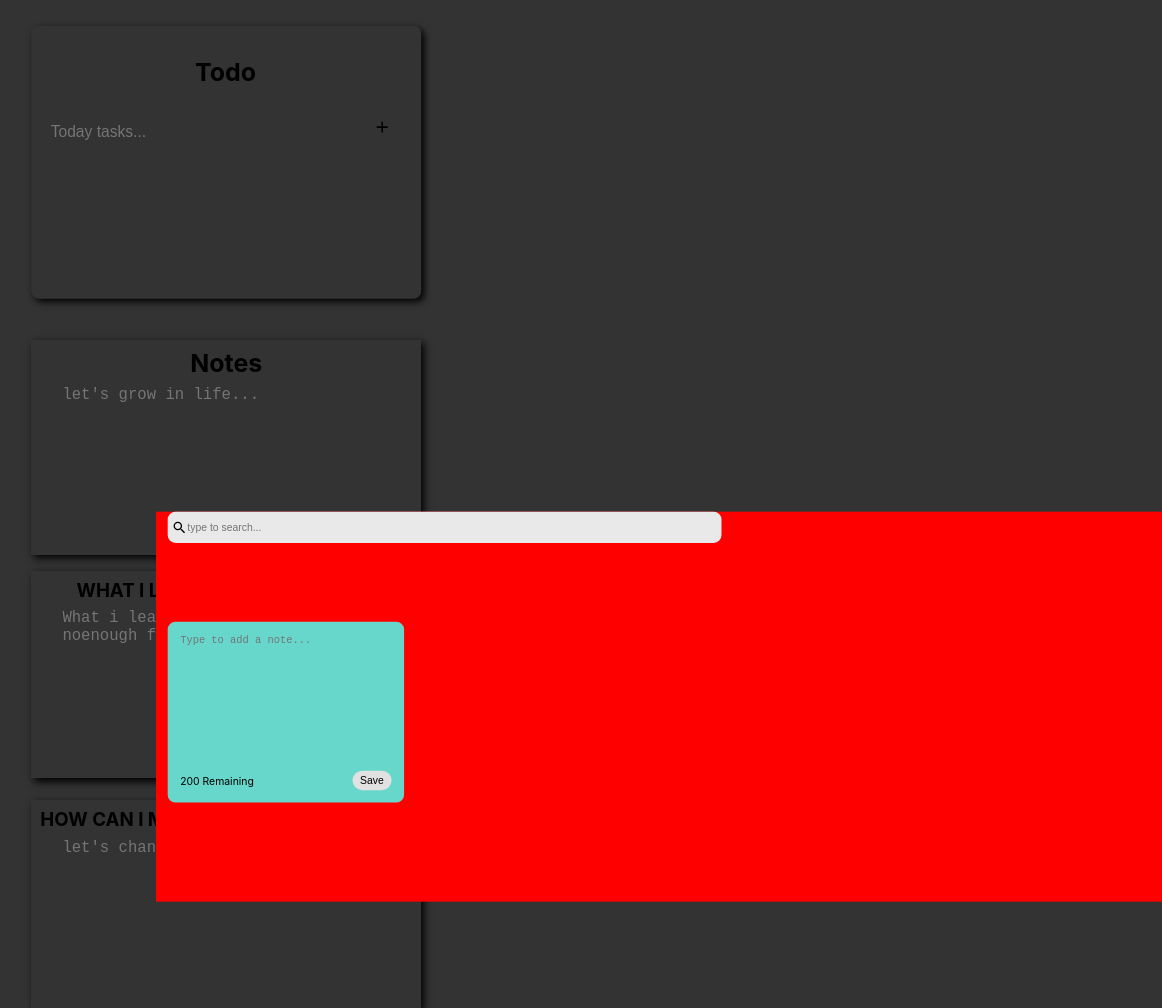
Repository: subhamRsahoo/note
Page: /
An editor plug-in stored every save of this project. The page is shown before and after the next save, followed by the edit.
The browser window is 1280 px wide. The page is 1490 px wide, so the pictures cover 1490 px, including what lies to the right of the window. The pictures show the whole page, at 78% of full size.
The project was rebuilt for these pictures with package versions that can differ from the ones it lists, and the page was loaded fresh each time. Also part of the build but not shown: src/components/New folder/components/Note.js.

Above is the page before, as saved 2021-07-15 18:00:01.

### public/index.html
<!DOCTYPE html>
<html lang="en">
  <head>
    <meta charset="utf-8" />
    <link rel="icon" href="%PUBLIC_URL%/favicon.ico" />
    <meta name="viewport" content="width=device-width, initial-scale=1" />
    <meta name="theme-color" content="#000000" />
    <meta
      name="description"
      content="Web site created using create-react-app"
    />
    <link rel="apple-touch-icon" href="%PUBLIC_URL%/logo192.png" />
    <link rel="manifest" href="%PUBLIC_URL%/manifest.json" />


    <!-- <link rel="stylesheet" href="https://cdnjs.cloudflare.com/ajax/libs/font-awesome/5.15.3/css/font-awesome.min.css"/> -->

    <!-- <link rel="stylesheet" href="https://bootswatch.com/4/materia/bootstrap.com"/> -->

    <title>React App</title>
  </head>
  <body>
    <noscript>You need to enable JavaScript to run this app.</noscript>
    <div id="root"></div>
  </body>
</html>

### src/App.js
import React from 'react'
import Hub from './components/Hub';
import Hub1 from './components/aaaa/Hub1';
import A from './components/New folder/A';

function App() {
    return (
        <div>
            <Hub/>
            <Hub1/>
            <A/>
        </div>
    )
}

export default App

### src/components/Hub.js
import React , {useState , useEffect}from "react";
import Header from "./Header";
import Form from "./Form";
import TodoList from "./TodoList";
import './App.css';


const Hub = () => {
  const initalState = JSON.parse(localStorage.getItem("todos")) || [];
  const [input ,setInput] = useState("");
  const [todos ,setTodos] = useState(initalState);
  const [editTodo , setEditTodo] = useState(null);

  useEffect(() => {
    localStorage.setItem("todos" , JSON.stringify(todos))
  }, [todos]);
  return (
    <div className="container">
      <div className="app-wrapper">
        <div>
          <Header/>
        </div>
        <div>
          <Form
          input={input}
          setInput={setInput}
          todos={todos}
          setTodos={setTodos}
          editTodo={editTodo}
          setEditTodo={setEditTodo}
          />
        </div>
        <div>
          <TodoList todos={todos} setTodos={setTodos} setEditTodo={setEditTodo}/>
        </div>
      </div>
    </div>

  );
}

export default Hub;

### src/components/aaaa/Hub1.js
import React, { Component } from 'react';
import FormDataComponent from './components/form-data.component';
class  Hub1 extends Component {
  render() {
    return (
      <div >
        <FormDataComponent />
      </div>
    );
  }
}

export default Hub1;

### src/components/New folder/A.js
import React from 'react';
import './index.css';
import App from './App';


function A() {
    return (
        <div>
            <App />
        </div>
    )
}

export default A

### src/components/Header.js
import React from 'react'

function Header() {
    return (
        <div className="header">
            <h1>Todo</h1>
        </div>
    )
}

export default Header

### src/components/Form.js
import React , {useEffect} from 'react'
import {v4 as uuidv4} from "uuid";
import AddIcon from '@material-ui/icons/Add';

 const Form =({input , setInput , todos , setTodos , editTodo , setEditTodo }) => {
     const updateTodo = (title , id, completed) =>
     {
         const newTodo = todos.map((todo)=>

             todo.id === id ? {title,id, completed} : todo
         )
         setTodos(newTodo);
         setEditTodo("");
     }
     useEffect(() =>
     {
         if(editTodo)
         {
             setInput(editTodo.title);
         }else{
             setInput("")
         }
     }, [setInput , editTodo]);

     const onInputChange= (event) =>
     {
       setInput(event.target.value);
     };

     const onFormSubmit = (event) =>
     {
        event.preventDefault();
        if(!editTodo){
            setTodos([...todos , {id:uuidv4(), title: input , completed: false}]);
            setInput("");
        }else{
            updateTodo(input , editTodo.id , editTodo.completed)
        }
     }
    return (
       <form onSubmit={onFormSubmit}>
           <input type="text" placeholder="Today tasks... " className="task-input"
           value={input} required onChange={onInputChange} limit={3}/>
           <button type="submit" className="Add">
            <AddIcon/>
           </button>
       </form>
    )
}

export default Form

### src/components/TodoList.js
import React from 'react'
import DoneIcon from '@material-ui/icons/Done';
import EditIcon from '@material-ui/icons/Edit';
import DeleteIcon from '@material-ui/icons/Delete';

const TodoList = ({todos , setTodos , setEditTodo}) => {

    const handleDelete = ({id}) =>
    {
        setTodos(todos.filter((todo) => todo.id !== id));
    }

    const handleComplete = (todo) =>
    {
        setTodos(
            todos.map((item) => {
                if(item.id === todo.id){
                    return {...item , completed: !item.completed};
                }
                return item
            })
        )
    }

    const handleEdit =({id}) =>{
        const findTodo = todos.find((todo) => todo.id === id);
        setEditTodo(findTodo);
    };
    return (
        <div>
           {todos.map((todo) => (
               <li className="list-item"  key={todo.id}>
                   <input type="text"
                     value={todo.title}
                     className={`list ${todo.completed ? "complete" : "" }`}
                     onChange={(event)=> event.preventDefault()}
                   />
                   <div>
                       <button className="button-complete task-button" onClick={() => handleComplete(todo)}>
                          <i><DoneIcon/></i>
                       </button>
                       <button className="button-edit task-button" onClick={()=> handleEdit(todo)}>
                          <i><EditIcon/></i>
                       </button>
                       <button className="button-delete task-button"  onClick={()=> handleDelete(todo)}>
                          <i><DeleteIcon/></i>
                       </button>
                   </div>
               </li>
           ))}
        </div>
    );
}

export default TodoList;

### src/components/App.css
::-webkit-scrollbar {
  width: 9px;
}
::-webkit-scrollbar-thumb {
  background-color: #a8a8a8;
}
::-webkit-scrollbar-thumb:hover {
  background: #828282;
}
::-webkit-scrollbar-track {
  background: #cccccc;
}

body {
  font-family: -apple-system, BlinkMacSystemFont, 'Segoe UI', 'Roboto', 'Oxygen',
    'Ubuntu', 'Cantarell', 'Fira Sans', 'Droid Sans', 'Helvetica Neue',
    sans-serif;
  -webkit-font-smoothing: antialiased;
  -moz-osx-font-smoothing: grayscale;
  background: #333;
}

code {
  font-family: source-code-pro, Menlo, Monaco, Consolas, 'Courier New',
    monospace;
}


*
{
  margin: 0;
  padding: 0;
}

.container
{
  margin-top: 10px;
  width: 100%;
  min-height: 55vh;
  display: grid;
  justify-content: left;
  /* margin-left: 40px; */
  right: 500px;
  align-items: center;
  position: relative;
  box-sizing: border-box;
  left: 40px;
}

.app-wrapper
{
  background-color: #333;
  width: 500px;
  min-height: 350px;
  padding: 10px;
  box-sizing: border-box;
  border-radius: 10px;
  box-shadow: 4px 4px 10px #000;
  /* margin-bottom: 150px; */

}

.header h1
{
  color: black;
  text-align: left;
  margin: 30px 0;
  margin-left: 200px;
}

.task-input
{
  outline: none;
  width: 350px;
  padding: 15px;
  margin-right: 25px;
  font-size: 20px;
  color: white;
  background-color: #333;
  border: none;
  border-radius: 10px;
}

.task-input:hover
{
  box-shadow: 6px 4px 10px #000;
}

.Add
{
  width: 70px;
  padding: 5px 5px;
  border: 0;
  cursor: pointer;
  border-style: transparent;
  background-color: #333;
}

.Add:hover
{
  border-radius: 10px;
  box-shadow: 6px 4px 10px #000;
}

.list-item
{
  display: flex;
  margin: 20px 0;
  border: none;
  border-radius: 10px;
  padding: 7px;
  max-height: 20px;
}

.list-item:hover
{
  box-shadow: 6px 4px 10px #000;
}

.button-complete,
.button-delete,
.button-edit
{
  border: none;
  outline: none;
  cursor: pointer;
  background-color: transparent;
  font-size: 20px;
  border-radius: 50%;
}

.button-complete
{
  color: #ff6c6c;
  margin-right: 10px;
  margin-left: 70px;
}

.button-edit
{
  color: #e2d029;
  margin-right: 10px;
}

.button-delete
{
  color: lightseagreen;
}

.complete
{
  text-decoration-style: solid;
  text-decoration-line: line-through;
  text-decoration-color: #ff6c6c;
  opacity: 0.6;
}

.list
{
  width: 250px;
  background-color: #333;
  border: none;
  color: wheat;
  font-size: 20px;
  padding-left: 10px;
  margin-right: 15px;
}

input:focus,
button:focus
{
  outline: none;
}

@media screen and (max-width:768px)
{
  .container
  {
    left : 120px;
  }
  .app-wrapper
  {

    min-width: 400px;
    min-height: 260px;
    /* margin-top: 15px; */
  }
}

@media screen and (max-width:540px)
{
  .container
  {
    left: 40px;
  }
}

@media screen and (max-width: 1020px)
{
  .app-wrapper
  {
    min-width: 200px;
    min-height: 260px;
    margin-top: 15px;
  }
}

### src/components/aaaa/components/form-data.component.js
import React, { Component } from 'react';
import './design.css';
export default class FormDataComponent extends Component {
    userData;

    constructor(props) {
        super(props);

        this.onChangeName = this.onChangeName.bind(this);
        this.onChangeName1 = this.onChangeName1.bind(this);
        this.onChangeName2 = this.onChangeName2.bind(this);
        this.onSubmit = this.onSubmit.bind(this);

        this.state = {
            name: '',
            name1: '',
            name2: ''
        }
    }

    // Form Values
    onChangeName(e) {
        this.setState({ name: e.target.value })
    }

    onChangeName1(e) {
        this.setState({ name1: e.target.value })
    }

    onChangeName2(e) {
        this.setState({ name2: e.target.value })
    }


    // React Life Cycle
    componentDidMount() {
        this.userData = JSON.parse(localStorage.getItem('user'));

        if (localStorage.getItem('user')) {
            this.setState({
                name: this.userData.name,
                name1: this.userData.name1,
                name2: this.userData.name2
            })
        } else {
            this.setState({
                name: '',
                name1: '',
                name2: ''
            })
        }
    }

    componentWillUpdate(nextProps, nextState) {
        localStorage.setItem('user', JSON.stringify(nextState));
    }

    onSubmit(e) {
        e.preventDefault()
        console.log(this.state.props)
    }


    render() {
        return (

                <form className="form" onSubmit={this.onSubmit}>
                    <div className="contain">
                        <h1>Notes</h1>
                        <textarea type="text" placeholder="let's grow in life..." className="text1" value={this.state.name} onChange={this.onChangeName} />
                        {/* <button type="submit" className="btn1">Save</button> */}
                    </div>


                    <div className="contain1">
                        <h2>WHAT I LEARNED FROM TODAY?</h2>
                        <textarea type="text" placeholder="What i learned from today noenough for Tomorrow" className="text2" value={this.state.name1} onChange={this.onChangeName1} />
                        {/* <button type="submit" className="btn2">Save</button> */}
                    </div>

                    <div className="contain2">
                        <h2>HOW CAN I MAKE TOMORROW BETTER?</h2>
                        <textarea type="text" placeholder="let's change the lifestyle" className="text3" value={this.state.name2} onChange={this.onChangeName2} />
                        {/* <button type="submit" className="btn3">Save</button> */}
                    </div>
                </form>

        )
    }
}

### src/components/New folder/index.css
body {
	margin: 0;
	font-family: -apple-system, BlinkMacSystemFont, 'Segoe UI',
		'Roboto', 'Oxygen', 'Ubuntu', 'Cantarell', 'Fira Sans',
		'Droid Sans', 'Helvetica Neue', sans-serif;
	-webkit-font-smoothing: antialiased;
	-moz-osx-font-smoothing: grayscale;
}

code {
	font-family: source-code-pro, Menlo, Monaco, Consolas,
		'Courier New', monospace;
}

.header {
	display: flex;
	align-items: center;
	justify-content: space-between;
}


.container1 {
	display: grid;
	min-width: 1260px;
	/* margin-right: auto;  */
	position: absolute;
	left: 200px;
	padding-right: 15px;
	padding-left: 15px;
	min-height: 500px;
	background-color:red;
}

.notes-list {
	display: grid;
	grid-gap: 1rem;
	grid-template-columns: repeat(
		auto-fill,
		minmax(250px, 1fr)
	);
}

.note.new {
	background-color: #67d7cc;
	height: 200px;
	margin-bottom: 50px;
}

textarea {
	border: none;
	resize: none;
	background-color: #67d7cc;
}

textarea:focus {
	outline: none;
}

.save {
	background-color: #e1e1e1;
	border: none;
	border-radius: 15px;
	padding: 5px 10px 5px 10px;
}

.save:hover {
	background-color: #ededed;
	cursor: pointer;
}

.note {
	background-color: #fef68a;
	border-radius: 10px;
	padding: 1rem;
	min-height: 170px;
	display: flex;
	flex-direction: column;
	justify-content: space-between;
	white-space: pre-wrap;
}

.note-footer {
	display: flex;
	align-items: center;
	justify-content: space-between;
}

.delete-icon {
	cursor: pointer;
}

.search {
	display: flex;
	align-items: center;
	background-color: rgb(233, 233, 233);
	width: 700px;
	height: 30px;
	border-radius: 10px;
	padding: 5px;
	margin-bottom: 1.5em;
}

.search input {
	border: none;
	background-color: rgb(233, 233, 233);
	width: 100%;
}

.search input:focus {
	outline: none;
}

### src/components/New folder/App.js
import { useState, useEffect } from 'react';
import { nanoid } from 'nanoid';
import NotesList from './components/NotesList';
import Search from './components/Search';

const App = () => {
	const [notes, setNotes] = useState([
		// {
		// 	id: nanoid(),
		// 	text: 'This is my first note!',
		// 	date: '15/04/2021',
		// },
		// {
		// 	id: nanoid(),
		// 	text: 'This is my second note!',
		// 	date: '21/04/2021',
		// },
		// {
		// 	id: nanoid(),
		// 	text: 'This is my third note!',
		// 	date: '28/04/2021',
		// },
		// {
		// 	id: nanoid(),
		// 	text: 'This is my new note!',
		// 	date: '30/04/2021',
		// },
	]);

	const [searchText, setSearchText] = useState('');

	useEffect(() => {
		const savedNotes = JSON.parse(
			localStorage.getItem('react-notes-app-data')
		);

		if (savedNotes) {
			setNotes(savedNotes);
		}
	}, []);

	useEffect(() => {
		localStorage.setItem(
			'react-notes-app-data',
			JSON.stringify(notes)
		);
	}, [notes]);

	const addNote = (text) => {
		const date = new Date();
		const newNote = {
			id: nanoid(),
			text: text,
			date: date.toLocaleDateString(),
		};
		const newNotes = [...notes, newNote];
		setNotes(newNotes);
	};

	const deleteNote = (id) => {
		const newNotes = notes.filter((note) => note.id !== id);
		setNotes(newNotes);
	};

	return (
		<div >
			<div className='container1'>
				<Search handleSearchNote={setSearchText} />
				<NotesList
					notes={notes.filter((note) =>
						note.text.toLowerCase().includes(searchText)
					)}
					handleAddNote={addNote}
					handleDeleteNote={deleteNote}
				/>
			</div>
		</div>
	);
};

export default App;

### src/components/aaaa/components/design.css
.form
{
    width: 100%;
    height: 250px;
    display: grid;
    margin: 0;
    padding: 0;
}


.contain
{
    display: grid;
    width: 500px;
    left: 40px;
    top: 30px;
    bottom: 10px;
    box-shadow: 4px 4px 10px #000;
    position: relative;
    box-sizing: border-box;

}

.text1
{
    margin-top: 10px;
   width: 400px;
   height: 197px;
   margin-left: 40px;
   background-color: #333;
   border-style: none;
   color: white;
   border-style: none;
   font-size: 20px;
   margin-bottom: 20px;
}

.text1:hover
{
    box-shadow: 4px 4px 10px #000;
}

.contain h1
{
    margin-top: 10px;
   text-align: center;
}

/* .btn1
{
    background-color: #333;
    margin-left: 70px;
    text-decoration-color: white;
    border-style: none;
    color: white;
    cursor: pointer;
    margin-bottom: 10px;
    padding: 8px 8px;
    border-radius: 10px;
}

.btn1:hover
{
    box-shadow: 4px 4px 10px #000;
    padding: 8px 8px;
} */


.contain1
{
    width: 500px;
    top: 50px;
    left: 40px;
    box-shadow: 4px 4px 10px #000;
    position: relative;
    box-sizing: content-box;
    display: grid;
}

.text2
{
    margin-top: 10px;
    width: 400px;
    height: 197px;
    margin-left: 40px;
    background-color: #333;
    border-style: none;
    color: white;
    border-style: none;
    font-size: 20px;
    margin-bottom: 20px;
}

.text2:hover
{
    box-shadow: 4px 4px 10px #000;
}


.contain1 h2
{
    margin-top: 10px;
   text-align: center;
}

/* .btn2
{
    background-color: #333;
    margin-left: 70px;
    text-decoration-color: white;
    border-style: none;
    color: white;
    cursor: pointer;
    margin-bottom: 10px;
    padding: 8px 8px;
    border-radius: 10px;
}

.btn2:hover
{
    box-shadow: 4px 4px 10px #000;
    padding: 8px 8px;
} */

.contain2
{
   width: 500px;
    margin-top: 620px;
    margin-left: 40px;
    /* bottom: 630px; */
    box-shadow: 4px 4px 10px #000;
    position: absolute;
    box-sizing:border-box;
    display: grid;
}

.text3
{
    margin-top: 10px;
    width: 400px;
    height: 197px;
    margin-left: 40px;
    background-color: #333;
    border-style: none;
    color: white;
    border-style: none;
    font-size: 20px;
    margin-bottom: 20px;
}

.text3:hover
{
    box-shadow: 4px 4px 10px #000;
}


.contain2 h2
{
    margin-top: 10px;
   text-align: center;
}

/* .btn3
{
    background-color: #333;
    margin-left: 70px;
    text-decoration-color: white;
    border-style: none;
    color: white;
    cursor: pointer;
    margin-bottom: 10px;
    padding: 8px 8px;
    border-radius: 10px;
}

.btn3:hover
{
    box-shadow: 4px 4px 10px #000;
    padding: 8px 8px;
} */

@media screen and (max-width:768px)
{
    .contain
    {
        left: 80px;
    }
    .contain1
    {
        left: 80px;
    }
    .contain2
    {
        left: 80px;
    }
}

@media screen and (max-width: 540px)
{
    .contain
    {
        left: 0;
    }
    .contain1
    {
        left: 0px;
    }
    .contain2
    {
        left: 0px;
    }
}

### src/components/New folder/components/AddNote.js
import { useState } from 'react';

const AddNote = ({ handleAddNote }) => {
	const [noteText, setNoteText] = useState('');
	const characterLimit = 200;

	const handleChange = (event) => {
		if (characterLimit - event.target.value.length >= 0) {
			setNoteText(event.target.value);
		}
	};

	const handleSaveClick = () => {
		if (noteText.trim().length > 0) {
			handleAddNote(noteText);
			setNoteText('');
		}
	};

	return (
		<div className='note new'>
			<textarea
				rows='8'
				cols='10'
				placeholder='Type to add a note...'
				value={noteText}
				onChange={handleChange}
			></textarea>
			<div className='note-footer'>
				<small>
					{characterLimit - noteText.length} Remaining
				</small>
				<button className='save' onClick={handleSaveClick}>
					Save
				</button>
			</div>
		</div>
	);
};

export default AddNote;

Loaded but not shown: src/index.js (common file); src/components/New folder/components/NotesList.js (common file); src/components/New folder/components/Search.js (common file)

After the next save:
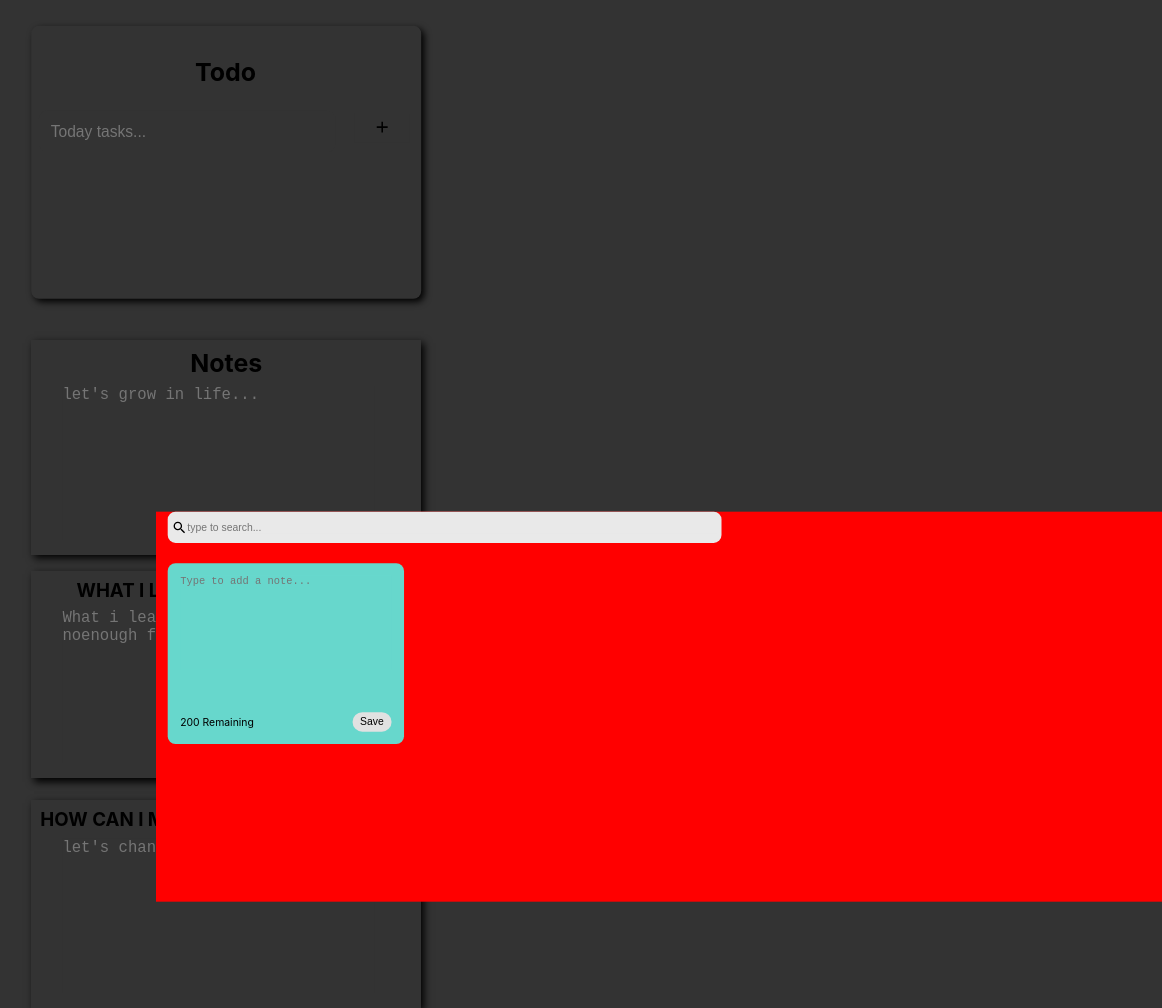
Saved 6 s later.
--- a/src/components/New folder/index.css
+++ b/src/components/New folder/index.css
@@ -43,7 +43,7 @@ code {
 .note.new {
 	background-color: #67d7cc;
 	height: 200px;
-	margin-bottom: 50px;
+	margin-bottom: 200px;
 }
 
 textarea {
